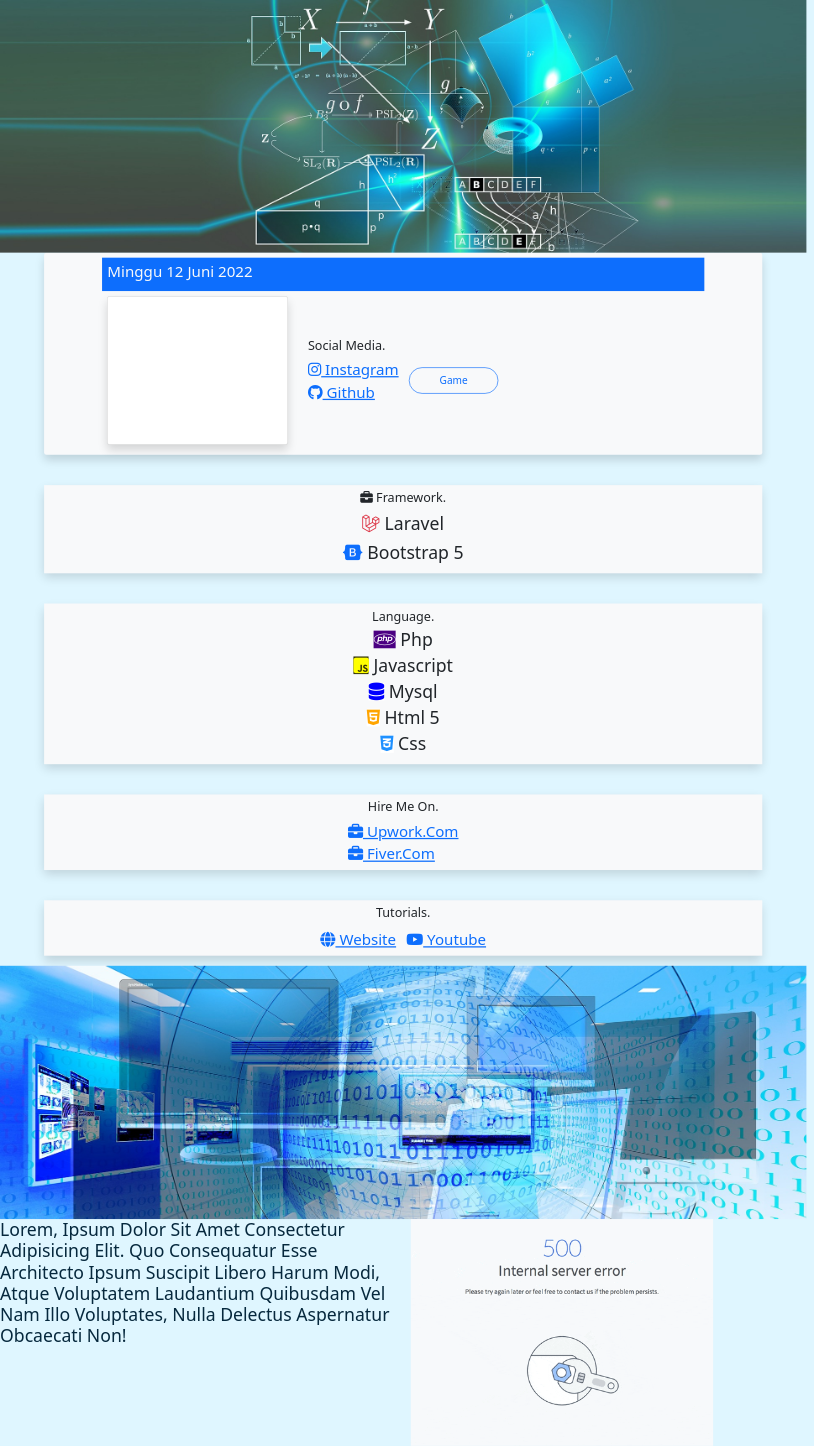
Repository: initer3737/initer3737.github.io
Page: index.html
An editor plug-in stored every save of this project. The page is shown before and after the next save, followed by the edit.
The browser window is 1280 px wide. The page is 1292 px wide, so the pictures cover 1292 px, including what lies to the right of the window. The pictures show the whole page, at 63% of full size.
Pictures or frames that could not be fetched are drawn as grey boxes. Some web libraries are served in a nearby version.

Above is the page before, as saved 2022-06-12 08:10:37.
Console error: TypeError: Cannot set properties of null (setting 'innerHTML')

### index.html
<!DOCTYPE html>
<html lang="en">
<head>
    <meta charset="UTF-8">
    <meta http-equiv="X-UA-Compatible" content="IE=edge">
    <meta name="viewport" content="width=device-width, initial-scale=1.0">
    <title>puthut wahyu aji</title>
    <link href="https://cdn.jsdelivr.net/npm/bootstrap@5.0.2/dist/css/bootstrap.min.css" rel="stylesheet" integrity="sha384-EVSTQN3/azprG1Anm3QDgpJLIm9Nao0Yz1ztcQTwFspd3yD65VohhpuuCOmLASjC" crossorigin="anonymous">
    <script src="https://kit.fontawesome.com/7bb1ae10af.js" crossorigin="anonymous"></script>

    <link rel="stylesheet" href="css/style.css">
</head>
<body class="bg-1">
    <header class=" bg-1">
       <div class="row">
         <img src="img/banner-982162_1920.jpg" alt="" class="img-fluid" srcset="">
       </div>
    </header>
    <div class="container bg-light shadow rounded  d-flex flex-column gap-4 justify-content-center align-content-center align-items-center p-2">
        <div class="row d-flex align-content-center align-items-center">
            <div class="col-12">
               <div class="bg-primary text-capitalize d-flex justify-content-between">
                <p id="fulldate" class="h4 text-light p-2"></p>
                <p id="jam" class="h4 text-light p-2"></p>
               </div>
            </div>
            <div class="col-10 col-md-5 col-lg-4">
               <div class="card shadow m-2 p-1 position-relative">
                <video src="img/Earth - 4788.mp4" loop muted autoplay class="w-100 rounded-pill py-5 px-2"></video>
                <div class="filter2"></div>
               </div>
            </div>
            <div class="col-10 col-md-9 col-lg-8">
               <h5 class="text-capitalize">social media.</h5>
               <div class="d-flex flex-row align-content-center align-items-center gap-3">
                <div class="d-flex flex-column fs-4">
                    <a href="https://www.instagram.com/puthutwahyuaji/" target="_blank" class="text-capitalize"><i class="fa-brands fa-instagram"></i> instagram</a>
                    <!-- <a href="https://www.facebook.com/puthut.wahyuaji.94/" target="_blank" class="text-capitalize"><i class="fa-brands fa-facebook"></i> facebook</a>
                    <a href="https://twitter.com/puthut_wahkyu" target="_blank" class="text-capitalize"><i class="fa-brands fa-twitter"></i> twitter</a> -->
                    <!-- <a href="https://www.sololearn.com/profile/22926925" target="_blank" class="text-capitalize"><i class="fa-solid fa-globe"></i> sololearn</a> -->
                    <!-- <a href="https://www.duolingo.com/profile/PUTHUTWAHY" target="_blank" class="text-capitalize"><i class="fa-solid fa-globe"></i> duolingo</a> -->
                    <a href="https://github.com/initer3737" target="_blank" class="text-capitalize"><i class="fa-brands fa-github"></i> github</a>
                </div>
                <div class=""><a href="game.html" class="btn btn-outline-primary rounded-pill px-5 py-2">Game</a></div>
            </div>
            </div>
        </div>
    </div>
    <!-- https://www.fiverr.com/share/lYqN8j -->
    <div class="container bg-light shadow mt-5 d-flex flex-column gap-1 justify-content-center align-content-center align-items-center p-2">
        <h5><i class="fa-solid fa-briefcase"></i> framework.</h5>
            <h3><i class="fa-brands fa-laravel text-danger"></i> laravel</h3>
            <h3><i class="fa-brands fa-bootstrap text-primary"></i> bootstrap 5</h3>
        </div>
    </div>

    <div class="container bg-light shadow mt-5 d-flex flex-column  justify-content-center align-content-center align-items-center p-2">
        <h5>language.</h5>
            <h3><i class="fa-brands fa-php php"></i> php</h3>
            <h3><i class="fa-brands fa-js-square javascript"></i> javascript</h3>
            <h3><i class="fa-solid fa-database mysql"></i> mysql</h3>
            <h3><i class="fa-brands fa-html5 html"></i> html 5</h3>
            <h3><i class="fa-brands fa-css3-alt css"></i> css</h3>
        </div>

        <div class="container bg-light shadow mt-5 d-flex flex-column  justify-content-center align-content-center align-items-center p-2">
            <h5 class="capitalize">Hire me on.</h5>
            <div class="d-flex flex-column fs-4">
                <a href="https://www.upwork.com/workwith/puthutwahyuaji" target="_blank"><i class="fa-solid fa-briefcase"></i> upwork.com</a>
                <a href="https://www.fiverr.com/share/lYqN8j" target="_blank"><i class="fa-solid fa-briefcase"></i> fiver.com</a>
            </div>
            </div>

    </div>

    <div class="container bg-light shadow mt-5 d-flex flex-column gap-1 justify-content-center align-content-center align-items-center p-2">
        <h5>tutorials.</h5>
        <div class="fs-4 d-flex gap-3">
            <a href="https://initer3737.github.io/course/html/pages/course.html" target="_blank"><i class="fa-solid fa-globe"></i> website</a>
            <a href="https://www.youtube.com/channel/UClsfa0LkA3_YMsFjW1M__sw" target="_blank"><i class="fa-brands fa-youtube"></i> youtube</a>
        </div>
    </div>

    <footer class="mt-3 text-light">
       <div class="row">
        <div class="col-12">
            <img src="img/banner-909710_1920.jpg" class="img-fluid" alt="">
           </div>
           <div class="col-6">
            <h3 class="color-4">Lorem, ipsum dolor sit amet consectetur adipisicing elit. Quo consequatur esse architecto ipsum suscipit libero harum modi, atque voluptatem laudantium quibusdam vel nam illo voluptates, nulla delectus aspernatur obcaecati non!</h3>
           </div>
           <div class="col-6">
            <img src="img/giphy.gif" alt="">
           </div>
       </div>
    </footer>
    <script src="https://cdn.jsdelivr.net/npm/bootstrap@5.0.2/dist/js/bootstrap.bundle.min.js" integrity="sha384-MrcW6ZMFYlzcLA8Nl+NtUVF0sA7MsXsP1UyJoMp4YLEuNSfAP+JcXn/tWtIaxVXM" crossorigin="anonymous"></script>
</body>
</html>

<script>
    function Years() {
        $date=new Date();
        let t=document.getElementById('year');
        t.innerHTML=`${$date.getFullYear()} - ${$date.getFullYear()+5}`;
    }
    function Jam(){
        let T=document.getElementById('jam');
        let time=new Date();let hour;let minuets;let second;let statusTime;
        hour=validateTime(time.getHours());minuets=validateTime(time.getMinutes());second=validateTime(time.getSeconds());statusTime=()=>{
            if(hour > 00 &&hour < 11 ){
                status="pagi";
            }else if(hour >11 && hour < 15){
                status="siang";
            }else if(hour > 15 && hour < 18 ){
                status="sore";
            }else{
                status="malam";
            }

            return status;
        };
        T.innerHTML=`${hour}:${minuets}:${second} : ${statusTime()}`;
        setTimeout('Jam()',1000);
    }
    function Tanggal(){
        let t=document.getElementById("fulldate");
        let time=new Date();
        let hari;let bulan;let tanggal;let tahun;let hariAngka=time.getDate();
        tahun=time.getFullYear();bulan=time.getMonth();hari=time.getDay();
        let data={
            hari:["minggu","senin","selasa","rabu","kamis","jum'at","sabtu"],
            bulan:["januari","february","maret","april","mei","juni","juli","agustus","september","oktober","november","desember"]
        };
         t.innerHTML=`${data.hari[hari]}  ${hariAngka}  ${data.bulan[bulan]}  ${tahun}`;
    }
    const validateTime=(T)=>T<10 ?'0'+T:T;

    const initialize=()=>{
                Tanggal();
                Years();
                Jam();
            }

            initialize();
</script>

### css/style.css
*{
    text-transform: capitalize;
   cursor: url(https://ani.cursors-4u.net/cursors/cur-13/cur1162.ani), url(https://ani.cursors-4u.net/cursors/cur-13/cur1162.png), auto !important;
}
body{
    cursor: url('img/cursor.jpeg'),auto;
    /* background-color: #ddd; */
}
a:hover{
    transition:ease-in-out 0.5s;
    color: blueviolet;
    text-decoration: none;
}
.css{
    color: dodgerblue;
    background-color:white ;
}
.html{
    color: orange;
    background-color: white;
}
.mysql{
    background-color:white ;
    color: blue;
}
.javascript{
    background-color:rgb(51, 51, 9) ;
    color: yellow;
}
.php{
    background-color:indigo ;
    color: white;
}
header{
    /* height: 90vh; */
    display: flex;
    align-items: center;
    align-content: center;
    justify-content: center;
}
.filter{
    background-color: dodgerblue;
    opacity: 0.6;
    height: 100%;
    top: 0;
    width: 100%;
    position: absolute;
}
.text-container{
    z-index: 999;
}
.card:hover{
    /* border-color: dodgerblue; */
    background-color: dodgerblue;
    transform: perspective(12px);
    cursor: pointer;
}
.gambar{
    background-image: #000;
}

/*color pallete*/
.color-1{
    color:#DFF6FF;
}
.bg-1{
    background-color:#DFF6FF;
}

.color-2{
    color:#47B5FF;
}
.bg-2{
    background-color:#47B5FF;
}

.color-3{
    color:#1363DF;
}
.bg-3{
    background-color:#1363DF;
}

.color-4{
    color:#06283D;
}
.bg-4{
    background-color:#06283D;
}

After the next save:
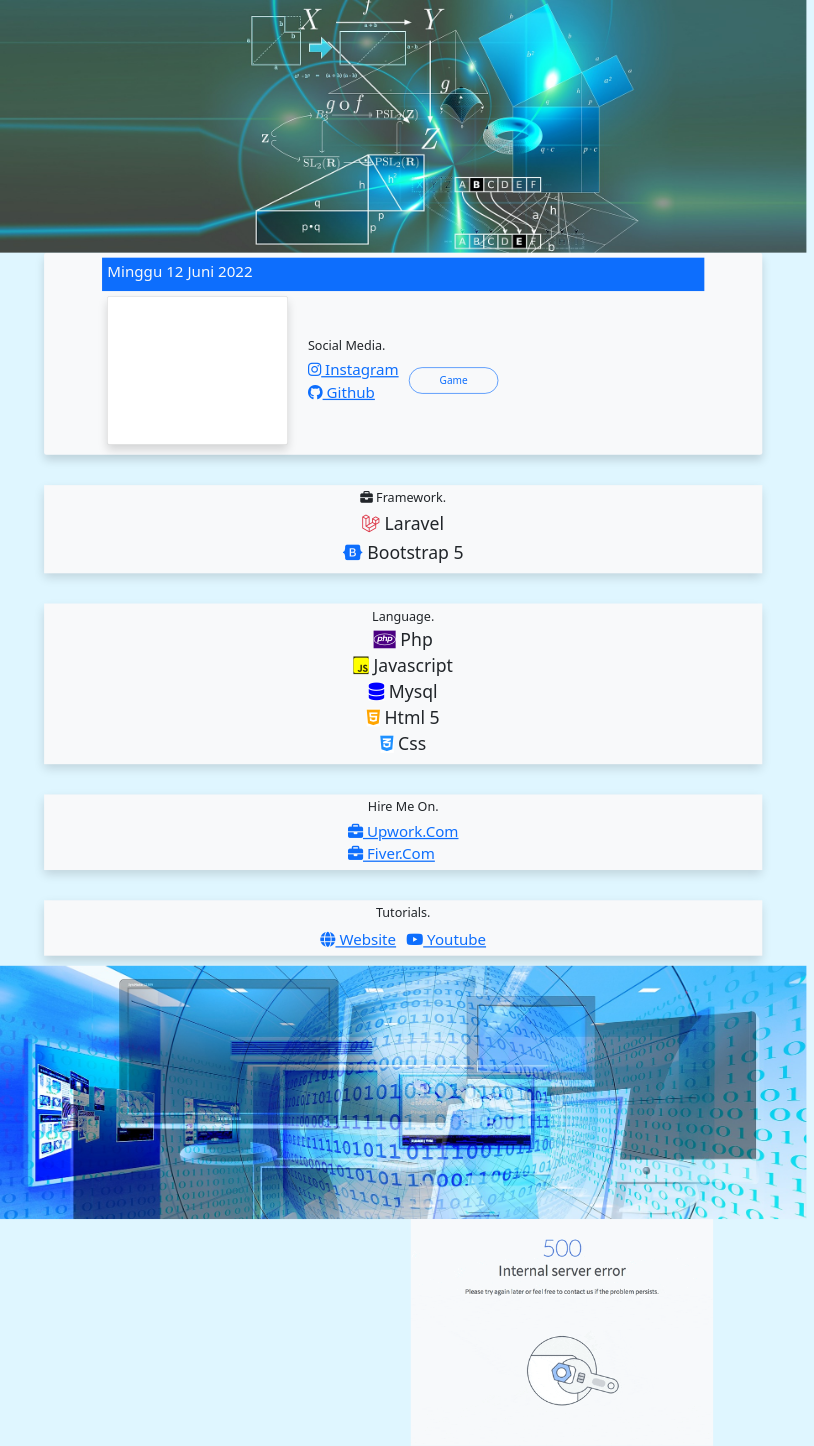
Saved 7 s later.
--- a/index.html
+++ b/index.html
@@ -87,7 +87,7 @@
             <img src="img/banner-909710_1920.jpg" class="img-fluid" alt="">
            </div>
            <div class="col-6">
-            <h3 class="color-4">Lorem, ipsum dolor sit amet consectetur adipisicing elit. Quo consequatur esse architecto ipsum suscipit libero harum modi, atque voluptatem laudantium quibusdam vel nam illo voluptates, nulla delectus aspernatur obcaecati non!</h3>
+            <h3 class="color-4"></h3>
            </div>
            <div class="col-6">
             <img src="img/giphy.gif" alt="">
